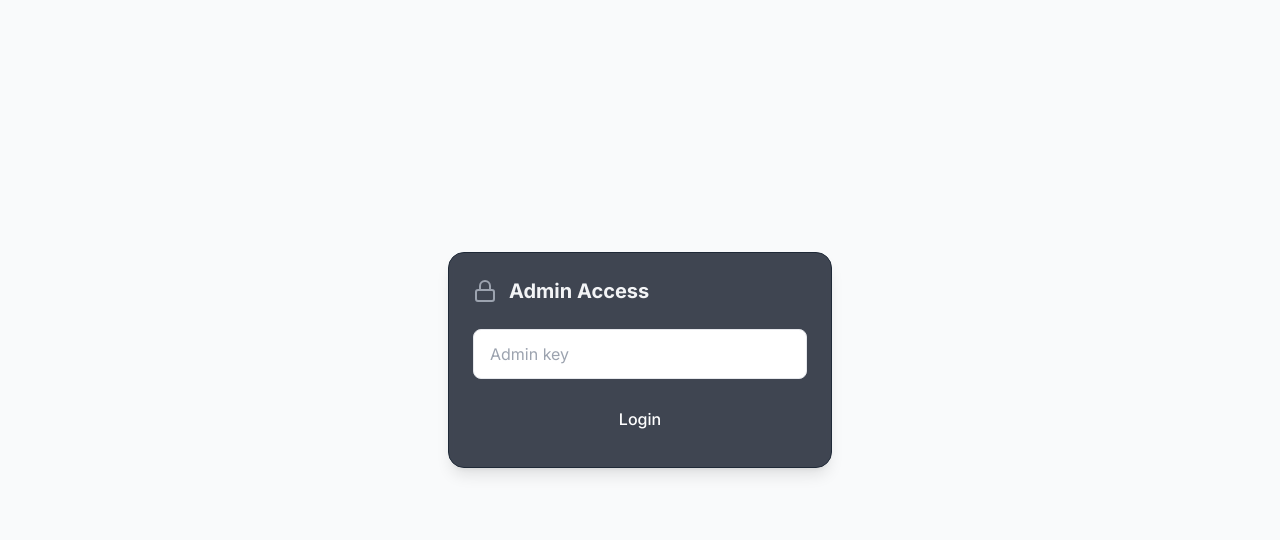
Repository: roshanreddy118/AI-tools-directory
Page: /admin
These files come from the project's save history. The page is drawn as it stood at one moment and after the next save; the edit follows.
The browser window is 1280 px wide. The pictures show the whole page.
The project was rebuilt for these pictures with package versions that can differ from the ones it lists, and the page was loaded fresh each time. The framework's server and built-in components were replaced by stand-ins that run in the browser. Also part of the build but not shown: next.config.mjs.

Above is the page before, as saved 2026-08-27 20:14:58.

After the next save:
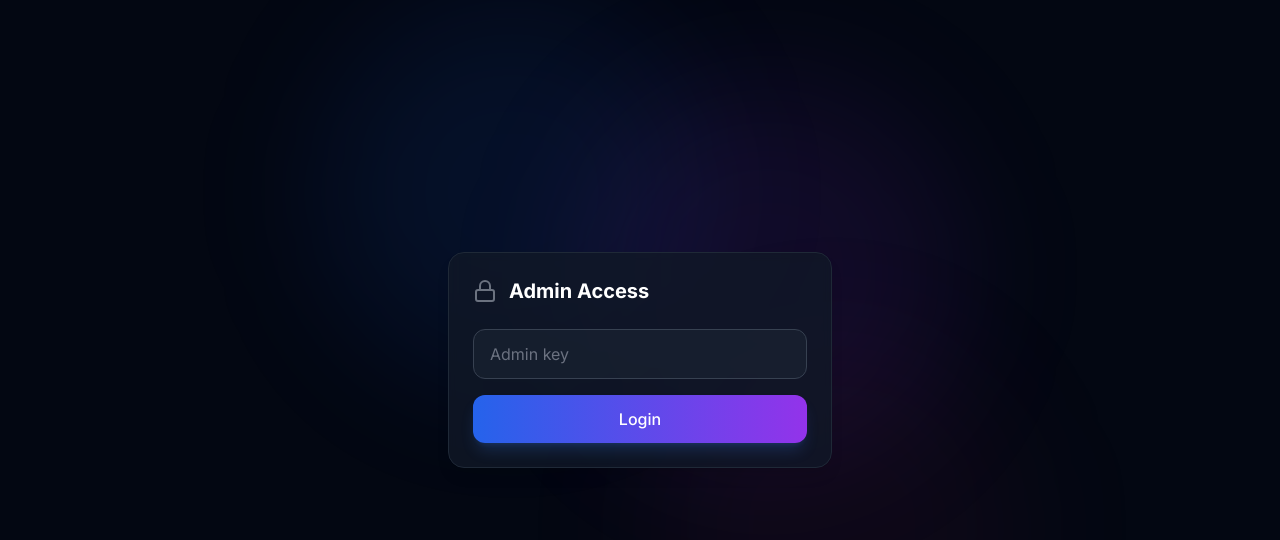
Saved 18 s later.
--- a/src/app/admin/page.tsx
+++ b/src/app/admin/page.tsx
@@ -165,11 +165,11 @@ export default function AdminPage() {
   // Login screen
   if (!isAuthenticated) {
     return (
-      <main className="min-h-screen flex items-center justify-center bg-gray-50">
+      <main className="min-h-screen flex items-center justify-center">
         <div className="card max-w-sm w-full">
           <div className="flex items-center gap-3 mb-6">
-            <Lock className="w-6 h-6 text-gray-400" />
-            <h1 className="text-xl font-bold">Admin Access</h1>
+            <Lock className="w-6 h-6 text-gray-500" />
+            <h1 className="text-xl font-bold text-white">Admin Access</h1>
           </div>
           <form
             onSubmit={(e) => {
@@ -182,12 +182,12 @@ export default function AdminPage() {
               placeholder="Admin key"
               value={adminKey}
               onChange={(e) => setAdminKey(e.target.value)}
-              className="w-full px-4 py-3 border rounded-lg mb-4 focus:ring-2 focus:ring-primary-500 focus:border-transparent"
+              className="input-dark mb-4"
             />
             <button
               type="submit"
               disabled={isLoading}
-              className="w-full py-3 bg-primary-600 text-white rounded-lg font-medium hover:bg-primary-700 disabled:opacity-50"
+              className="w-full btn-primary py-3"
             >
               {isLoading ? "Checking..." : "Login"}
             </button>
